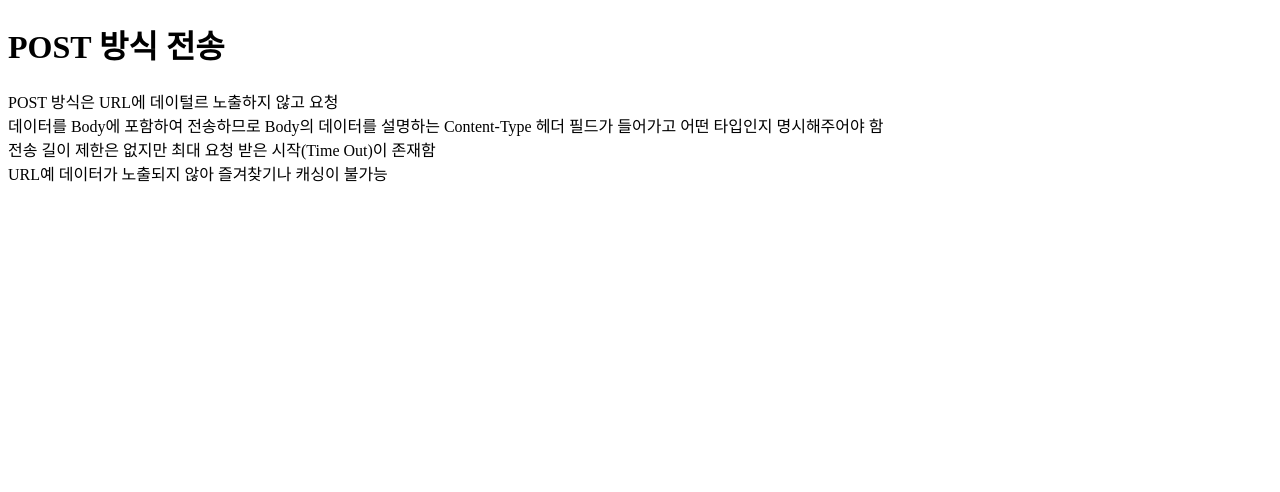
Repository: chuhj1226/servlet
Page: workspace/1_Servlet/WebContent/views/testServlet2.html
These files come from the project's save history. The page is drawn as it stood at one moment and after the next save; the edit follows.
The browser window is 1280 px wide. The pictures show the whole page.

Above is the page before, as saved 2021-10-04 11:10:29.

### workspace/1_Servlet/WebContent/views/testServlet2.html
<!DOCTYPE html>
<html>
<head>
<meta charset="UTF-8">
<title>POST 방식 전송</title>
</head>
<body>
	<h1>POST 방식 전송</h1>
	<p>
		POST 방식은 URL에 데이털르 노출하지 않고 요청<br>
		데이터를 Body에 포함하여 전송하므로 Body의 데이터를 설명하는 Content-Type 헤더 필드가 들어가고
		어떤 타입인지 명시해주어야 함<br>
		전송 길이 제한은 없지만 최대 요청 받은 시작(Time Out)이 존재함<br>
		URL예 데이터가 노출되지 않아 즐겨찾기나 캐싱이 불가능
	</p>

</body>
</html>

After the next save:
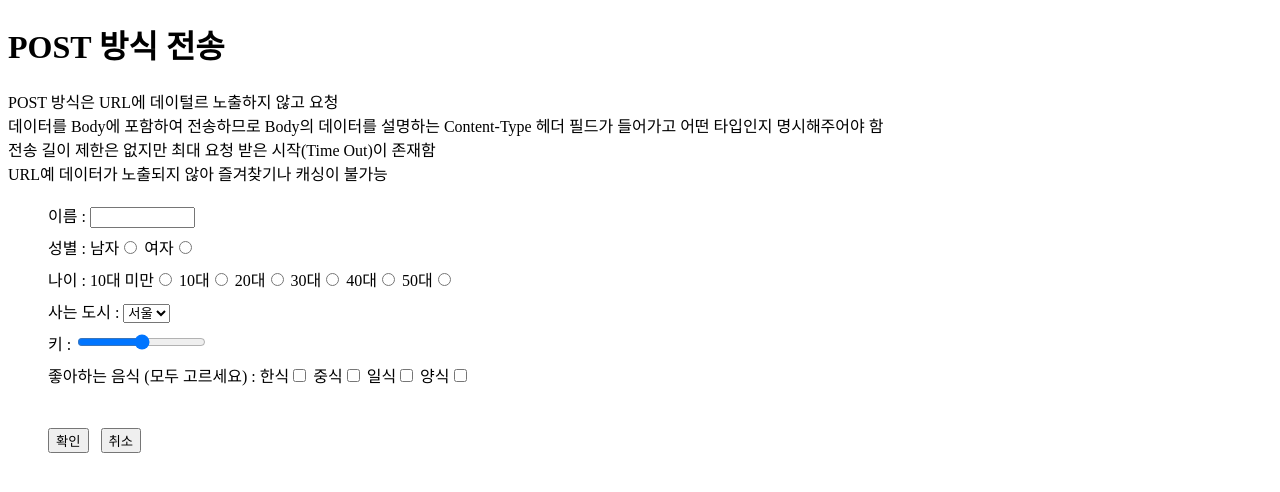
Saved 106 s later.
--- a/workspace/1_Servlet/WebContent/views/testServlet2.html
+++ b/workspace/1_Servlet/WebContent/views/testServlet2.html
@@ -12,7 +12,54 @@
 		어떤 타입인지 명시해주어야 함<br>
 		전송 길이 제한은 없지만 최대 요청 받은 시작(Time Out)이 존재함<br>
 		URL예 데이터가 노출되지 않아 즐겨찾기나 캐싱이 불가능
+
 	</p>
+	<form action="/1_Servlet/test1" method="get">
+   <ul style="list-style: none; line-height: 200%;">
+               <li>이름 : <input type="text" name="name" size="10" /></li>
+               <li>성별 :
+                               남자<input type="radio" name="gender" value="남자" />
+                               여자<input type="radio" name="gender" value="여자" />
+               </li>
+               <li>나이 :
+                   10대 미만<input type="radio" name="age" value="10대 미만" />
+                   10대<input type="radio" name="age" value="10대" />
+                   20대<input type="radio" name="age" value="20대" />
+                   30대<input type="radio" name="age" value="30대" />
+                   40대<input type="radio" name="age" value="40대" />
+                   50대<input type="radio" name="age" value="50대" />
+               </li>
+               <li>사는 도시 :
+                   <select name="city">
+                       <option value="서울">서울</option>
+                       <option value="경기">경기</option>
+                       <option value="강원">강원</option>
+                       <option value="충북">충북</option>
+                       <option value="충남">충남</option>
+                       <option value="경북">경북</option>
+                       <option value="경남">경남</option>
+                       <option value="전북">전북</option>
+                       <option value="전남">전남</option>
+                       <option value="제주">제주</option>
+                   </select>
+               </li>
+               <li>키 :
+                   <input type="range" name="height" min="140" max="200" step="1">
+               </li>
+               <li>좋아하는 음식 (모두 고르세요) :
+                   <label for="food1">한식</label><input type="checkbox" name="food" id="korea" value="한식" />
+                   <label for="food2">중식</label><input type="checkbox" name="food" id="china" value="중식" />
+                   <label for="food3">일식</label><input type="checkbox" name="food" id="japan" value="일식" />
+                   <label for="food4">양식</label><input type="checkbox" name="food" id="western" value="양식" />
+               </li>
+               <li>
+                   <br/>
+                   <input type="submit" name="btnOK" id="btnOK" value="확인"  />&nbsp;&nbsp;
+                   <input type="reset" value="취소" />
+               </li>
+            </ul>
+       </form>
+
 
 </body>
 </html>
